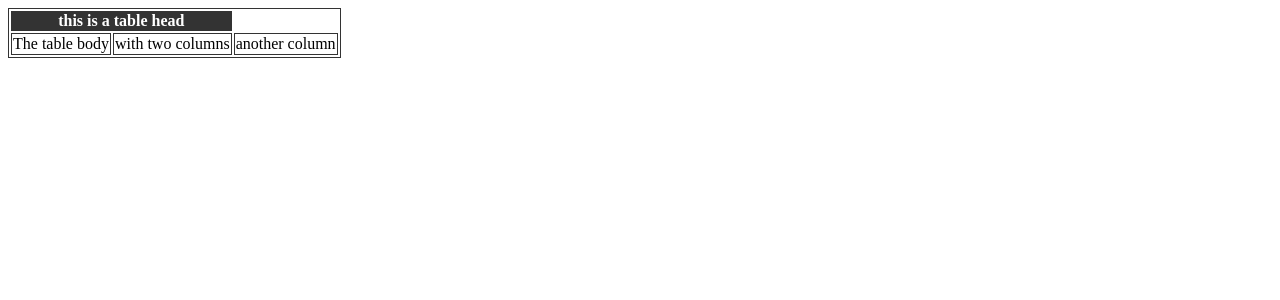
Repository: ishanbassi/trademark-gazette-searcher
Page: /
These files come from the project's save history. The page is drawn as it stood at one moment and after the next save; the edit follows.
The browser window is 1280 px wide. The pictures show the whole page.
The project was rebuilt for these pictures with package versions that can differ from the ones it lists, and the page was loaded fresh each time. The framework's server and built-in components were replaced by stand-ins that run in the browser. Also part of the build but not shown: next.config.js.

Above is the page before, as saved 2022-04-04 15:51:49.

### pages/_app.tsx
import '../styles/global.css'

export default function App({Component, pageProps}) {
    return (
        <Component {...pageProps} ></Component>
    )
}

### pages/index.tsx
import { GetServerSideProps } from "next"

export default function App() {
    return(
        <table>
            <thead>
                <tr>
                    <th colSpan={2}>this is a table head</th>
                </tr>
            </thead>
            <tbody>
                <tr>
                    <td>The table body</td>
                    <td>with two columns</td>
                    <td>another column</td>
                </tr>
            </tbody>
        </table>
    )
}

export const  getServerSideProps:GetServerSideProps = async () => {
    return {
        props:{

        }
    }
}

Loaded but not shown: styles/global.css (common file)

After the next save:
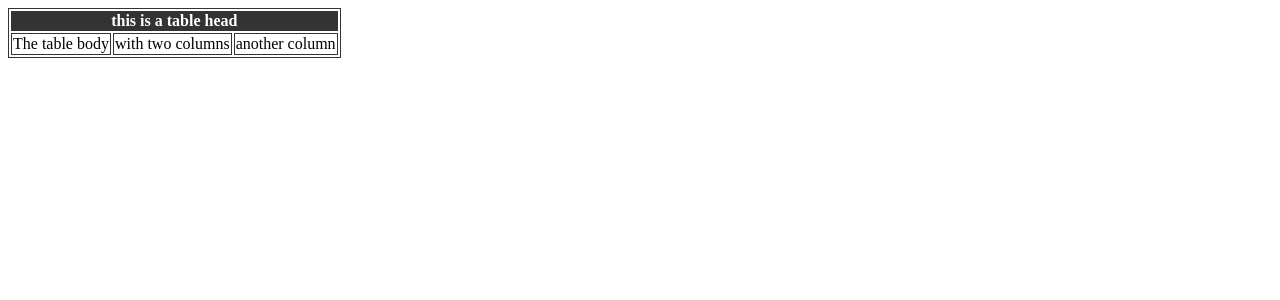
Saved 18 s later.
--- a/pages/index.tsx
+++ b/pages/index.tsx
@@ -5,7 +5,7 @@ export default function App() {
         <table>
             <thead>
                 <tr>
-                    <th colSpan={2}>this is a table head</th>
+                    <th colSpan={3}>this is a table head</th>
                 </tr>
             </thead>
             <tbody>
